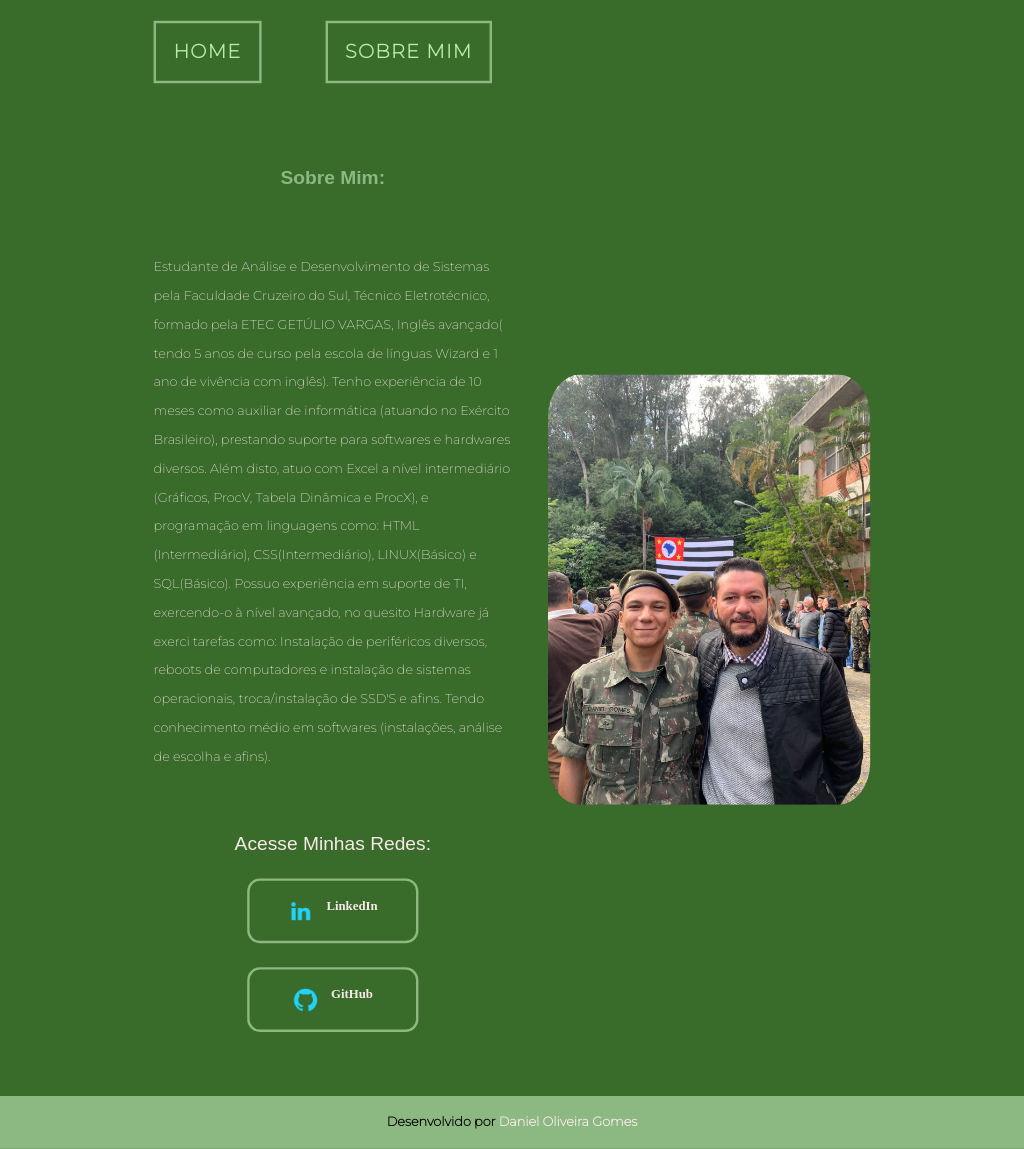
Repository: DamnDTX/Portfolio-Daniel-Oliveira-1
Page: about.html
These files come from the project's save history. The page is drawn as it stood at one moment and after the next save; the edit follows.
The browser window is 1280 px wide. The pictures show the whole page, at 80% of full size.
Some web fonts or font styles are not loaded; a fallback is used.

Above is the page before, as saved 2023-07-24 17:25:36.

### about.html
<!DOCTYPE html>
<html lang="pt-br">
<head>
    <meta charset="UTF-8">
    <meta name="viewport" content="width=device-width, initial-scale=1.0">
    <title>Sobre Mim</title>
    <link rel="stylesheet" href="./styles/about.css">
    <!--Há duas formas de nós conseguirmos linkar o nosso arquivos css, a primeira forma nós já sabemos, que é utilizando o elemento link, mas podemos fazer de outra forma, que é escrevendo "link:" e puxar o caminho do css, prefiro a primeira forma, já que a velocidade de ação é a mesma-->
</head>
<body>
<header>
    <header class="cabecalho">
        <nav class="cabecalho__menu">
            <a class="cabecalho__menu__link" href="index.html">Home</a>
            <a class="cabecalho__menu__link" href="about.html">Sobre Mim</a>
        </nav>
</header>
<!--Copiamos o header da outra página html, temos que ver que tem coisas que queremos que continue igual, igual
    o header e as estilizações (posicionamento e afins, quando for assim, copiamos as propriedades da mesma forma
    , alterando só quando necessário)
-->
<main class="principal">
    <section class="principal__conteudo">
        <h1 class="principal__conteudo__titulo">
   <strong>Sobre Mim:</strong>
        </h1>

        <h4 class="principal__conteudo__apresentacao">
            Estudante de Análise e Desenvolvimento de Sistemas pela Faculdade Cruzeiro do Sul, Técnico Eletrotécnico, formado pela ETEC GETÚLIO VARGAS, Inglês avançado( tendo 5 anos de curso pela escola de línguas Wizard e 1 ano de vivência com inglês). Tenho experiência de 10 meses como auxiliar de informática (atuando no Exército Brasileiro), prestando suporte para softwares e hardwares diversos. Além disto, atuo com Excel a nível intermediário (Gráficos, ProcV, Tabela Dinâmica e ProcX), e programação em linguagens como: HTML (Intermediário), CSS(Intermediário), LINUX(Básico) e SQL(Básico). Possuo experiência em suporte de TI, exercendo-o à nível avançado, no quesito Hardware já exerci tarefas como: Instalação de periféricos diversos, reboots de computadores e instalação de sistemas operacionais, troca/instalação de SSD'S e afins. Tendo conhecimento médio em softwares (instalações, análise de escolha e afins).
        </h4>
        <div class="principal__links">
            <h2 class="principal__links__subtitulo">Acesse Minhas Redes:</h2>
        <a class="principal__link__social" target="_blank" href="https://www.linkedin.com/in/daniel-oliveira-gomes-3470511b6/">
                <img src="./assets/Logo linkedin.png" alt="linkeidn_logo">
            LinkedIn
                </a>
        <a class="principal__link__social" target="_blank" href="https://github.com/DamnDTX/">
          <img src="./assets/Logo Github.png" alt="github_logo">
          GitHub
        </a>
    </section>
    <img class="daniel" alt="minha_pessoa" src="./assets/Daniel milico.jpeg">
</main>

<footer class="rodape">
    <h4>Desenvolvido por <strong class="desenvolvedor">Daniel Oliveira Gomes</strong></h4>
</footer>
</body>
</html>

### styles/about.css
@import url('https://fonts.googleapis.com/css2?family=Abril+Fatface&family=Krona+One&family=Montserrat:wght@100;200&display=swap');
@import url('https://fonts.googleapis.com/css2?family=Abril+Fatface&family=Krona+One&family=Montserrat:wght@100&display=swap');

:root{
    --cor-dos-textos:#F8E9E9;
    --fonte-textos:'Montsserrat',sans-serif;
    --fonte-titulos:'Krona One', sans-serif;
}




*{
    margin: 0;
    padding: 0;
}

body{
    background-color:  #396B2B;
    color: var(--cor-dos-textos);
    height: 100vh;
    box-sizing: border-box;
}
 /*O 100vh serve quando temos poucos elementos na página, quando o body não alcança tudo (quando há poucos
 elementos), quando não for o caso de termos poucos elementos, tiramos-o, ou melhor, não os usamos  */
strong{
    color: #8CB881;
}

.cabecalho{
padding: 2% 0 0 15%;
}

.cabecalho__menu{display: flex;
gap: 80px;}

.cabecalho__menu__link{
    font-size:  1.5rem;
    font-family: 'Montserrat', sans-serif;
    font-style: normal;
    font-weight: 600;
    line-height: normal;
    color: #B6EEA7;
    text-decoration: none;
    text-transform: uppercase;
    letter-spacing: 0.1rem;
    border-style: solid;
    border-color: #8EBA82;
    padding: 2%;
    background-color: transparent;
}

.principal{display: flex;
align-items: center;
justify-content: space-between;
padding: 5% 15%;
gap: 40px;}



.principal__conteudo{
    width: 50%;
    height: 50%;
    display: flex;
    flex-direction: column;
    gap: 40px;
       }

.principal__conteudo__titulo{
    font-family: 'Krona One', sans-serif;
    font-size: 2.25;
    text-align: center;
    margin-top: 40px;

}



.principal__conteudo__apresentacao{
    font-family: 'Montserrat', sans-serif;
    display: flex;
    flex-direction: column;
    font-size:  1,5rem;
    font-style: normal;
    font-weight: 400;
    line-height: 36px;
    color: #F8E9E9;
    margin-top: 40px;
}

.daniel{
    height: 45%;
    width: 45%;
    border-radius: 10%;
    justify-content: center;
}

 .principal__links{
        justify-content: space-between;
        flex-direction:column;
        align-items: center;
        display: flex;
        width: 50% auto;
        padding: 16px;
        justify-content: center;
        align-items: center;
        gap: 20px;

        .principal__links__social:hover{
            background-color: #3843E0;
        }
 }
    .principal__links__subtitulo{
        font-family: 'Krona One', sans-serif;
        font-weight: 400;
        margin-top: 20px;
        }


    .principal__link__social{
        background-color: transparent;
        color: #F8E9E9;
        width: 50%;
        height: 32px;
        text-align: center;
        border-radius: 16px;
        font-size:  1,5rem;
        padding: 21.5px 0;
        text-decoration: none;
        font-weight: 600;
        border-style: solid;
        display: flex;
        justify-content: center;
        gap: 16px;
        margin-top: 10px;
        border-color: #8CB881;
    }

.logo{width: 28px;
    height: 28px;
    }

.rodape{font-size:  1,5rem;
    font-family: 'Montserrat', sans-serif;
    font-style: normal;
    font-weight: 400;
    line-height: 36px;
    background-color: #8CB881;
    text-align: center;
    color: black;
    padding: 15px;
    flex-shrink: 0;
}

    .desenvolvedor{color: #F8E9E9;}

    .cabecalho__menu__link:hover{
        background-color: #8EBA82;
        color: white;
    }


    @media (max-width:800px) {
        .cabecalho {
            padding: 10%;
        }

        .cabecalho__menu{
            justify-content: center;
        }

        .principal {
            flex-direction: column-reverse;
            padding: 5% 5%;
        }

        .principal__conteudo{
            width: auto;
        }

        .daniel{
            width: 50%;
            height: 50%;
        }

    }

After the next save:
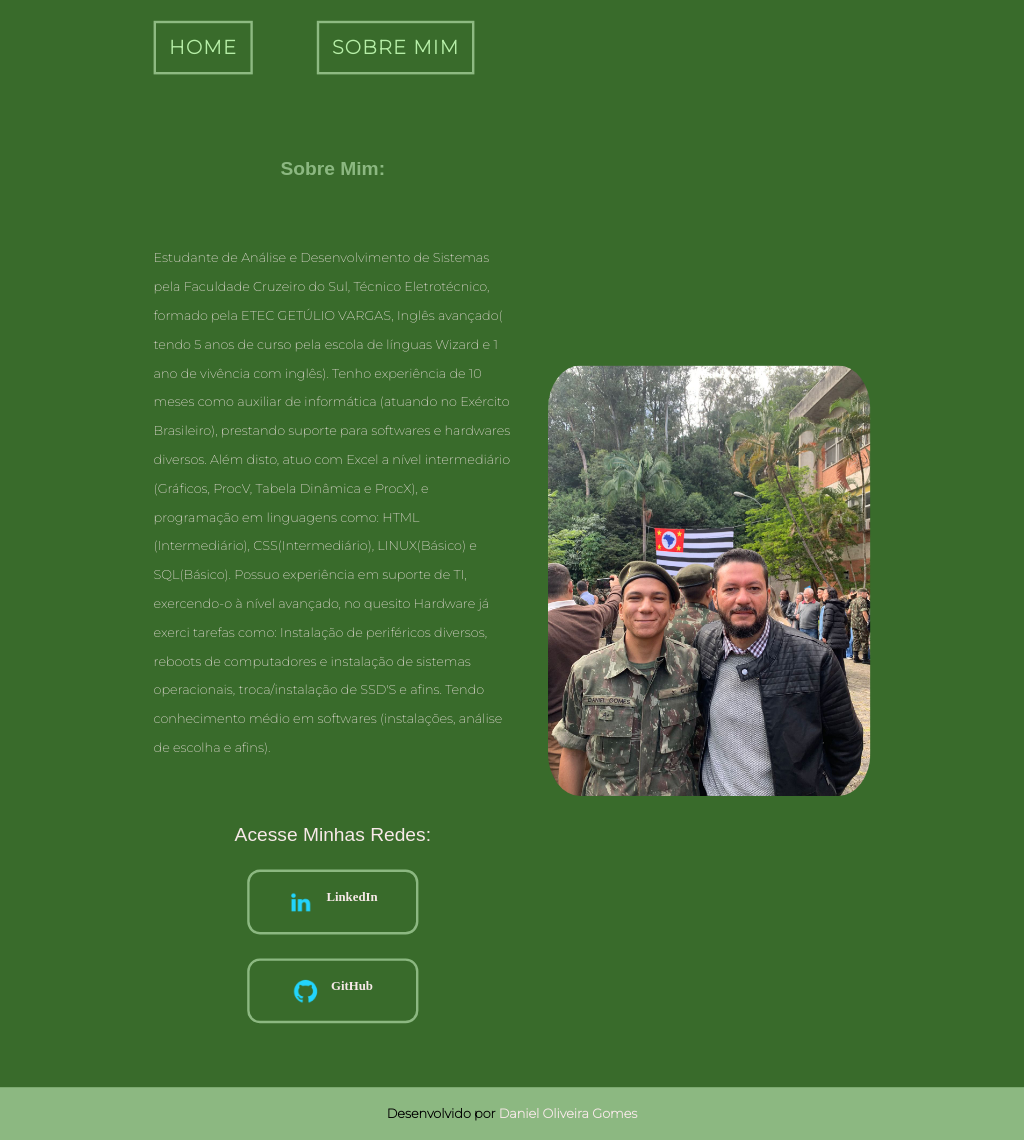
Saved 4 s later.
--- a/styles/about.css
+++ b/styles/about.css
@@ -46,7 +46,7 @@ gap: 80px;}
     letter-spacing: 0.1rem;
     border-style: solid;
     border-color: #8EBA82;
-    padding: 2%;
+    padding: 1.5%;
     background-color: transparent;
 }
 
